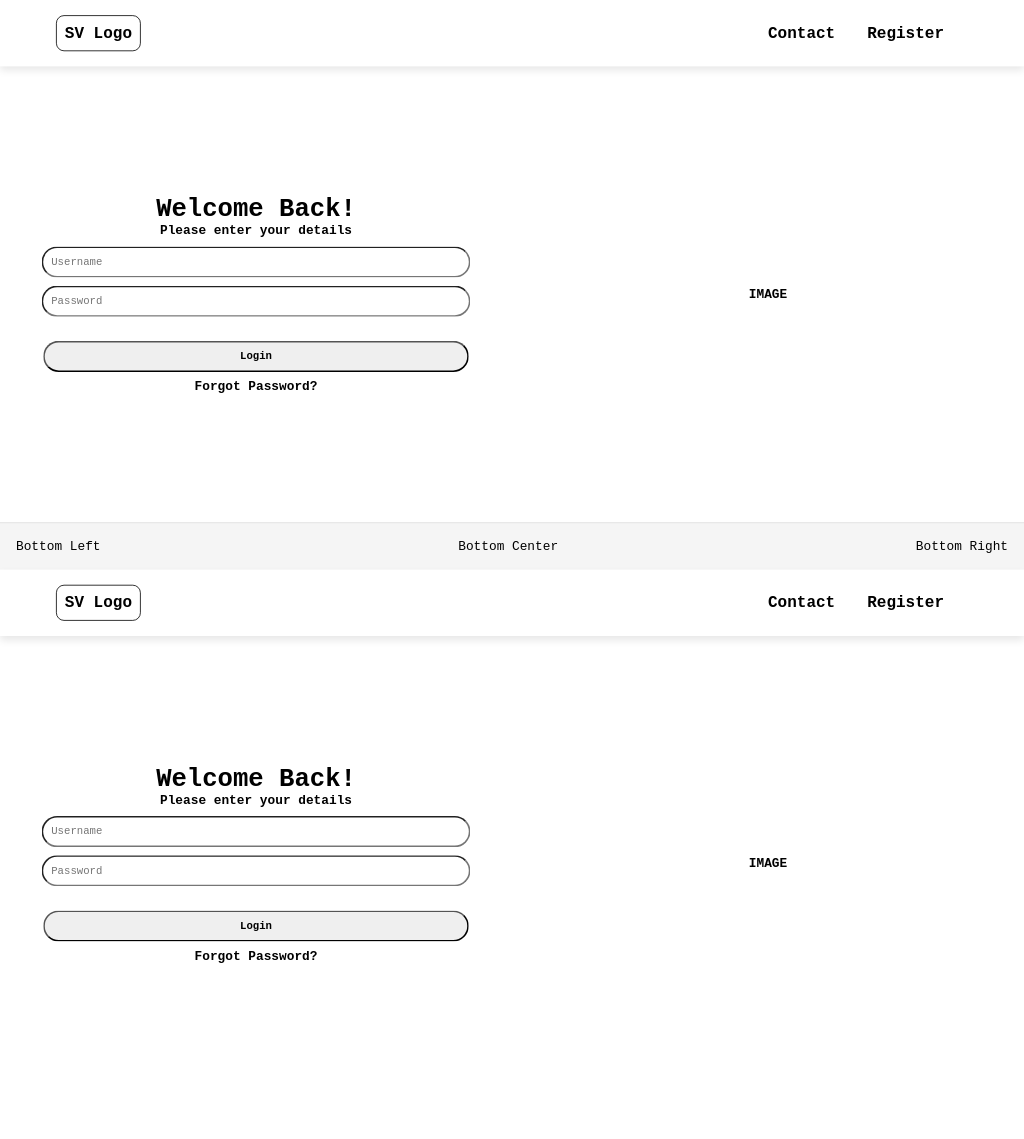
Repository: BuddhimaB/SecureVisionAI
Page: / (app in client/)
The author's editor kept a copy of each file at every save. The page is drawn from the files as they stood at one save, then again after the next save.
The browser window is 1280 px wide. The pictures show the whole page, at 80% of full size.
The project was rebuilt for these pictures with package versions that can differ from the ones it lists, and the page was loaded fresh each time.

Above is the page before, as saved 2024-07-13 19:33:47.

### client/public/index.html
<!DOCTYPE html>
<html lang="en">
  <head>
    <meta charset="utf-8" />
    <link rel="icon" href="%PUBLIC_URL%/favicon.ico" />
    <meta name="viewport" content="width=device-width, initial-scale=1" />

    <meta
      name="description"
      content="Web site created using create-react-app"
    />
    <link rel="preconnect" href="https://fonts.googleapis.com">
<link rel="preconnect" href="https://fonts.gstatic.com" crossorigin>
<link href="https://fonts.googleapis.com/css2?family=Roboto:ital,wght@0,100;0,300;0,400;0,500;0,700;0,900;1,100;1,300;1,400;1,500;1,700;1,900&display=swap" rel="stylesheet">
<link rel="stylesheet" href="style.css">
    <title>SecureVision App</title>
  </head>
  <body>
    <noscript>You need to enable JavaScript to run this app.</noscript>
    <div id="root"></div>

  </body>
</html>

### client/src/App.js
import Login from "./Pages/Login/login";
import {
  BrowserRouter as Router,
  Route,
  Routes,
  Navigate
} from 'react-router-dom';

function App() {
  return (
    <div className="App">
      <Router>
      <Routes>
        <Route path='/' element={<Navigate to='/login' />} />
        <Route path='/login' element={<Login />} />
      </Routes>
      </Router>
      <Login />
    </div>
  );
}

export default App;

### client/src/Pages/Login/login.jsx
import './Login.css'
import Topbar from '../../components/Topbar/Topbar'
import Bottom from '../../components/BottomDetails/Bottom'

export default function Login() {
  return (
    <div>
      <Topbar />
      <div className='feedContainer'>
        <div className="feedLeft">
          <h1>Welcome Back!</h1>
          <h4> Please enter your details</h4>
          <div className="inputField">
          <input
          className='inputField'
          type="text"
          placeholder="Username" />

          <input className='inputField'
          type="password"
          placeholder="Password" />
          </div>
          <button className="loginButton">Login</button>
          <span className='fogotPass'>Forgot Password?</span>
        </div>

        <div className="feedRight">
          <h4>IMAGE</h4>

        </div>
        </div>
        <Bottom />
    </div>
  )
}

### client/src/Pages/Login/Login.css
.feedContainer{
    display: flex;
    justify-content: center;
    align-items: center;
    height: calc(100vh - 150px);


}
.feedLeft{
    display: flex;
    flex-direction: column;
    justify-content: center;
    align-items: center;
    width: 50%;
    height: calc(100vh - 110px);

}
.inputField{
    display: flex;
    justify-content: center;
    align-items: center;
    flex-direction: column;
    margin-bottom: 10px;
    padding: 10px;
    border-radius: 40px;
    width: 80%;
}
.inputField > input{
    width: 100%;
    padding: 10px;


    margin-bottom: 10px;
}
.loginButton{
    padding: 10px;
    border-radius: 40px;
    width: 83%;

    color:black;
    font-weight: 700;
    cursor: pointer;
    margin-bottom: 10px;
}
.loginButton:hover{
    background-color: #9b1cc2;
    color:white
}
.fogotPass{
    font-weight: 700;
    cursor: pointer;

}
.fogotPass:hover{
    color: #9b1cc2;
    text-decoration: underline;
}
.feedRight{
    display: flex;
    justify-content: center;
    align-items: center;
    width: 50%;
    height: calc(100vh - 1100px);
    background-color: #fff;
}

### client/src/components/Topbar/Topbar.jsx
import './Topbar.css'

export default function Topbar() {
  return (
    <div className='topbarContainer'>
        <div className="topbarLeft">
            <span className="logo">SV Logo</span>
        </div>

        <div className="topbarRight">
            <div className="topbarLinks">
                <span className="topbarLink">Contact</span>
                <span className="topbarLink">Register</span>
            </div>

        </div>

    </div>
  )
}

### client/src/components/BottomDetails/Bottom.jsx
import './Bottom.css'

export default function Bottom() {
  return (
    <div className='bottomContainer'>
        <div className='bottomLeft'>
            <span>Bottom Left</span>
        </div>
        <div className='bottomCenter'>
            <span>Bottom Center</span>
        </div>
        <div className='bottomRight'>
            <span>Bottom Right</span>
        </div>
    </div>
  )
}

### client/src/components/Topbar/Topbar.css
.topbarContainer{
    display: flex;
    justify-content: space-between;
    align-items: center;
    top: 0;
    z-index: 999;
    padding: 30px;
    background-color: #fff;
    box-shadow: 0 5px 10px rgba(0, 0, 0, 0.1);
    position: sticky;
}
.logo{
    font-size: 20px;
    font-weight: 700;
    border: 1px solid #000;
    padding: 10px;
    border-radius: 10px;
    margin-left: 40px;
}
.topbarRight{
    display: flex;
    align-items: center;
    margin-right: 40px;

}
.topbarLink{
    margin-right: 20px;
    font-size: 20px;
    font-weight: 700;
    padding: 10px;
    border-radius: 10px;
    cursor: pointer;
}
.topbarLink:hover{
    background-color: #9b1cc2;
    color: white;
}

### client/src/components/BottomDetails/Bottom.css
.bottomContainer{
    display: flex;
    justify-content: space-between;
    align-items: center;
    position: sticky;
    bottom: 0;
    padding: 20px;

    background-color: #f5f5f5;
    border-top: 1px solid #e0e0e0;
}

### client/public/style.css
*{
    margin: 0;
    font-family: 'Courier New', Courier, monospace;
}

Loaded but not shown: client/src/index.js (common file)

After the next save:
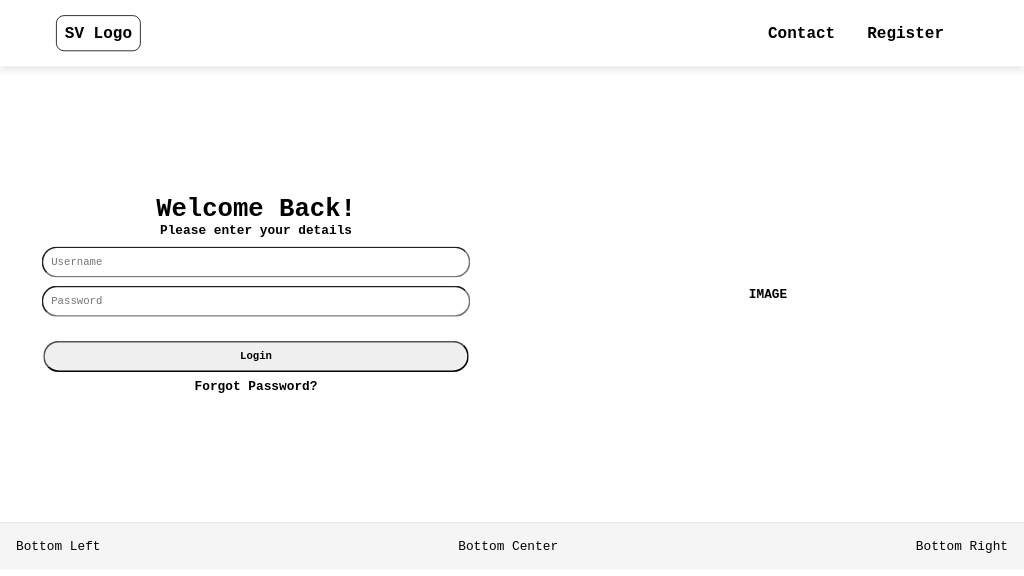
Saved 18 s later.
--- a/client/src/App.js
+++ b/client/src/App.js
@@ -15,7 +15,7 @@ function App() {
         <Route path='/login' element={<Login />} />
       </Routes>
       </Router>
-      <Login />
+
     </div>
   );
 }
